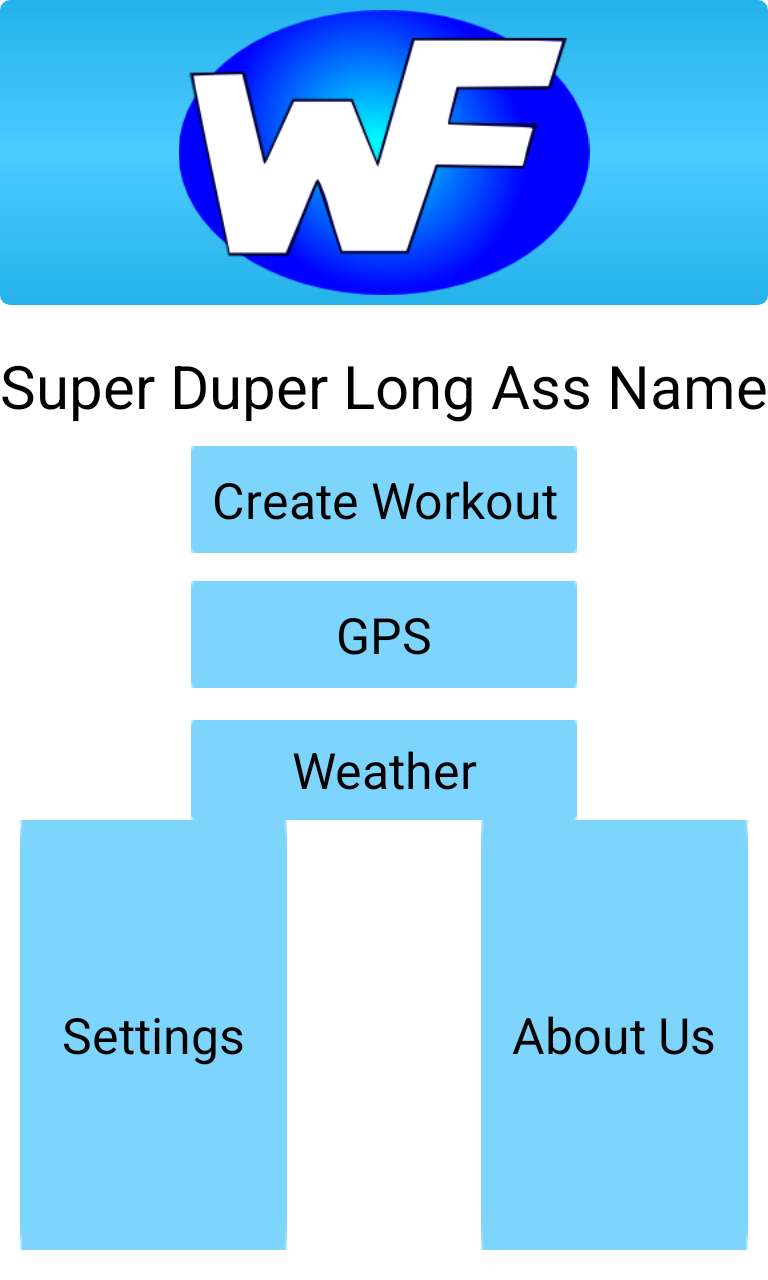
Repository: jwisch91/CS390-Project
Layout: workspace/testing/res/layout/main_menu.xml
These files come from the project's save history. The layout is drawn as it stood at one moment and after the next save; the edit follows.
It is drawn on a 768 x 1280 px phone screen (xhdpi) without system bars, with theme android:Theme.Light; the app's code is not run.

Above is the layout before, as saved 2013-04-18 21:32:21.

### workspace/testing/res/layout/main_menu.xml
<?xml version="1.0" encoding="utf-8"?>
<ScrollView
  xmlns:android="http://schemas.android.com/apk/res/android"
  android:layout_width="fill_parent"
  android:layout_height="fill_parent"
  android:fillViewport="true"
  android:id="@+id/Main_menu">

<RelativeLayout
    android:layout_width="fill_parent"
    android:layout_height="fill_parent"
    android:layout_weight="0.80"
    android:background="#ffffff" >

    <!-- Header  Starts -->

    <LinearLayout
        android:id="@+id/header"
        android:layout_width="fill_parent"
        android:layout_height="wrap_content"
        android:background="@layout/header_gradient"
        android:paddingBottom="5dip"
        android:paddingTop="5dip" >

        <!-- Logo Start -->

        <ImageView
            android:layout_width="fill_parent"
            android:layout_height="wrap_content"
            android:layout_gravity="center"
            android:src="@drawable/logo" />
        <!-- Logo Ends -->
    </LinearLayout>
    <!-- Header Ends -->

    <TextView
        android:id="@+id/Welcome"
        android:layout_width="wrap_content"
        android:layout_height="wrap_content"
        android:layout_below="@+id/header"
        android:layout_centerHorizontal="true"
        android:layout_marginBottom="10dp"
        android:layout_marginTop="20dp"
        android:text="Super Duper Long Ass Name"
        android:textColor="#000000"
        android:textSize="30dip" />

    <Button
        android:id="@+id/Workout_Button"
        android:layout_width="wrap_content"
        android:layout_height="wrap_content"
        android:layout_below="@+id/Welcome"
        android:layout_centerHorizontal="true"
        android:background="@drawable/blue"
        android:padding="10dip"
        android:text="Create Workout"
        android:textSize="25dip" />

    <Button
        android:id="@+id/Settings"
        android:layout_width="wrap_content"
        android:layout_height="wrap_content"
        android:layout_below="@+id/Weather"
        android:layout_alignParentBottom="true"
        android:layout_alignParentLeft="true"
        android:layout_marginBottom="15dp"
        android:layout_marginLeft="10dp"
        android:background="@drawable/blue"
        android:padding="10dip"
        android:text="Settings"
        android:textSize="25dip" />

    <Button
        android:id="@+id/About_Us"
        android:layout_width="wrap_content"
        android:layout_below="@+id/Weather"
        android:layout_height="wrap_content"
        android:layout_alignParentBottom="true"
        android:layout_alignParentRight="true"
        android:layout_marginBottom="15dp"
        android:layout_marginRight="10dp"
        android:background="@drawable/blue"
        android:padding="10dip"
        android:text="About Us"
        android:textSize="25dip" />

    <Button
        android:id="@+id/GPS_Button"
        android:layout_width="200dip"
        android:layout_height="wrap_content"
        android:layout_alignLeft="@+id/Workout_Button"
        android:layout_alignRight="@+id/Workout_Button"
        android:layout_below="@+id/Workout_Button"
        android:layout_marginTop="14dp"
        android:background="@drawable/blue"
        android:padding="10dip"
        android:text="GPS"
        android:textSize="25dip" />

    <Button
        android:id="@+id/Weather"
        android:layout_width="200dip"
        android:layout_height="50dip"
        android:layout_alignLeft="@+id/GPS_Button"
        android:layout_alignRight="@+id/GPS_Button"
        android:layout_below="@+id/GPS_Button"
        android:layout_marginTop="16dp"
        android:background="@drawable/blue"
        android:text="Weather"
        android:textSize="25dip" />

</RelativeLayout>

</ScrollView>

Loaded but not shown: workspace/testing/res/layout/header_gradient.xml (common file)

After the next save:
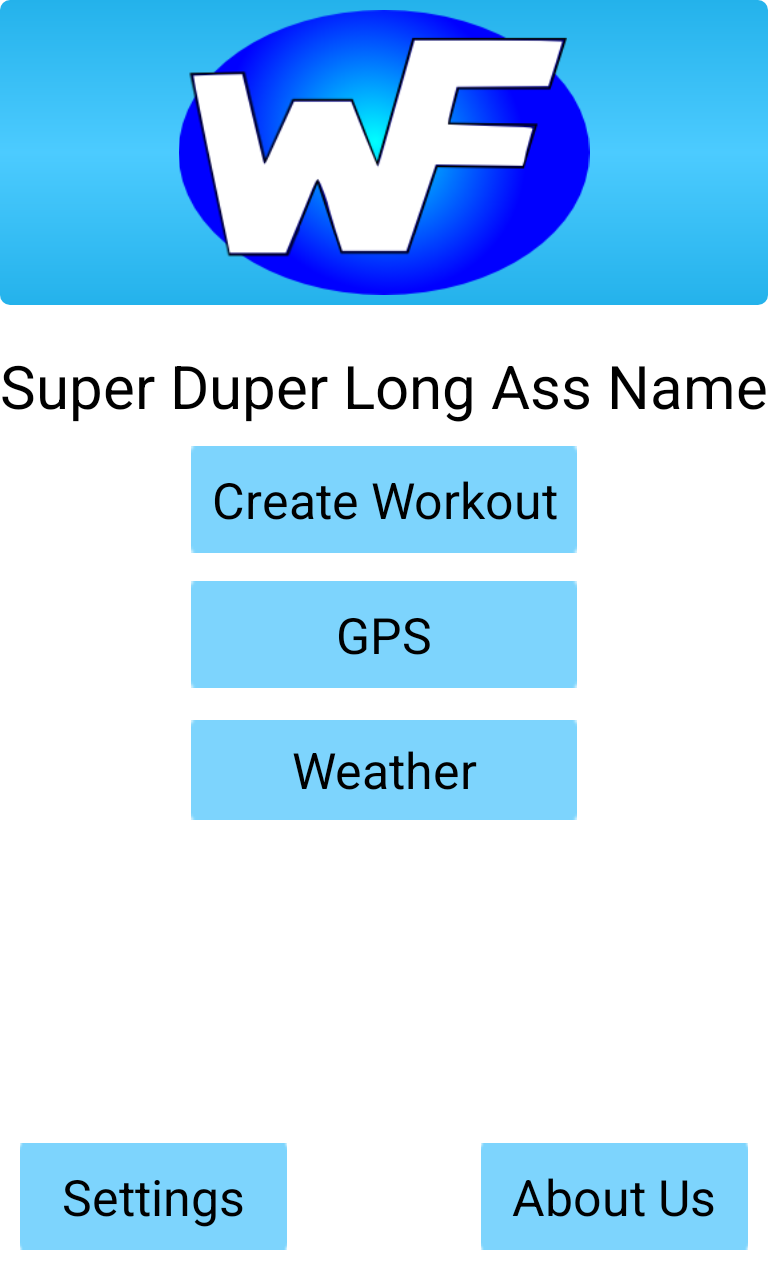
Saved 5 min 30 s later.
--- a/workspace/testing/res/layout/main_menu.xml
+++ b/workspace/testing/res/layout/main_menu.xml
@@ -60,7 +60,6 @@
         android:id="@+id/Settings"
         android:layout_width="wrap_content"
         android:layout_height="wrap_content"
-        android:layout_below="@+id/Weather"
         android:layout_alignParentBottom="true"
         android:layout_alignParentLeft="true"
         android:layout_marginBottom="15dp"
@@ -73,7 +72,6 @@
     <Button
         android:id="@+id/About_Us"
         android:layout_width="wrap_content"
-        android:layout_below="@+id/Weather"
         android:layout_height="wrap_content"
         android:layout_alignParentBottom="true"
         android:layout_alignParentRight="true"
